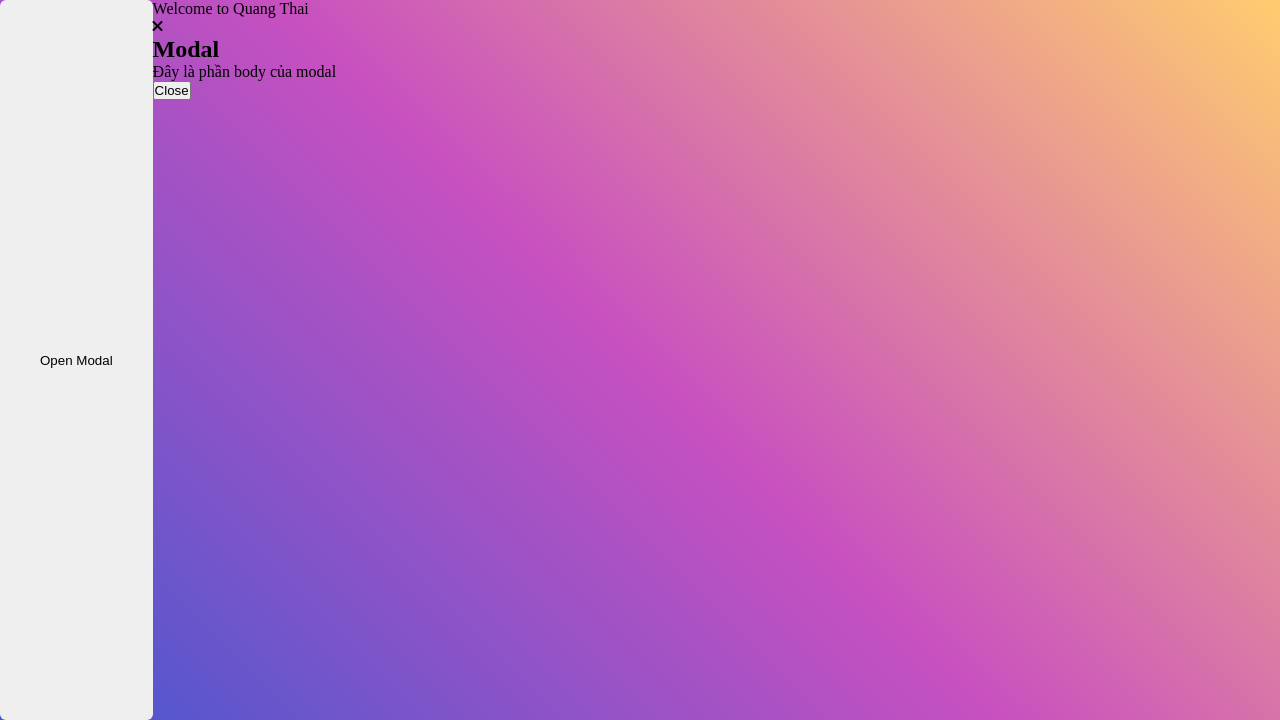
Repository: QUANGTHAI2003/modal
Page: index.html
An editor plug-in stored every save of this project. The page is shown before and after the next save, followed by the edit.
The browser window is 1280 px wide. The pictures show the whole page.

Above is the page before, as saved 2022-02-28 21:35:31.

### index.html
<!DOCTYPE html>
<html lang="en">

<head>
    <meta charset="UTF-8">
    <meta http-equiv="X-UA-Compatible" content="IE=edge">
    <meta name="viewport" content="width=device-width, initial-scale=1.0">
    <title>Modal show</title>
    <link rel="stylesheet" href="https://cdnjs.cloudflare.com/ajax/libs/font-awesome/6.0.0/css/all.min.css">
    <link rel="stylesheet" href="./style.css">
</head>

<body>
    <button class="open-modal-btn">Open Modal</button>
    <div class="modal">
        <div class="modal_inner">
            <div class="modal__header">
                <p>Welcome to Quang Thai</p>
                <i class="fas fa-times"></i>
            </div>
            <div class="modal__body">
                <h2>Modal</h2>
                <p>Đây là phần body của modal</p>
            </div>
            <div class="modal__footer">
                <button>Close</button>
            </div>
        </div>
    </div>
    <script src="./app.js"></script>
</body>

</html>

### style.css
* {
    margin: 0;
    padding: 0;
    box-sizing: border-box;
}

body {
    height: 100vh;
    overflow: hidden;
    background-image: linear-gradient(
        45deg,
        rgb(65, 88, 208) 0%,
        rgb(200, 80, 192) 50%,
        rgb(255, 204, 112) 100%
    );
    display: flex;
}

.open-modal-btn {
    padding: 20px 40px;
    border: none;
    outline: none;
    border-radius: 6px;
    display: inline-block;
}

Loaded but not shown: app.js (no stored copy; drawn as an empty file)

After the next save:
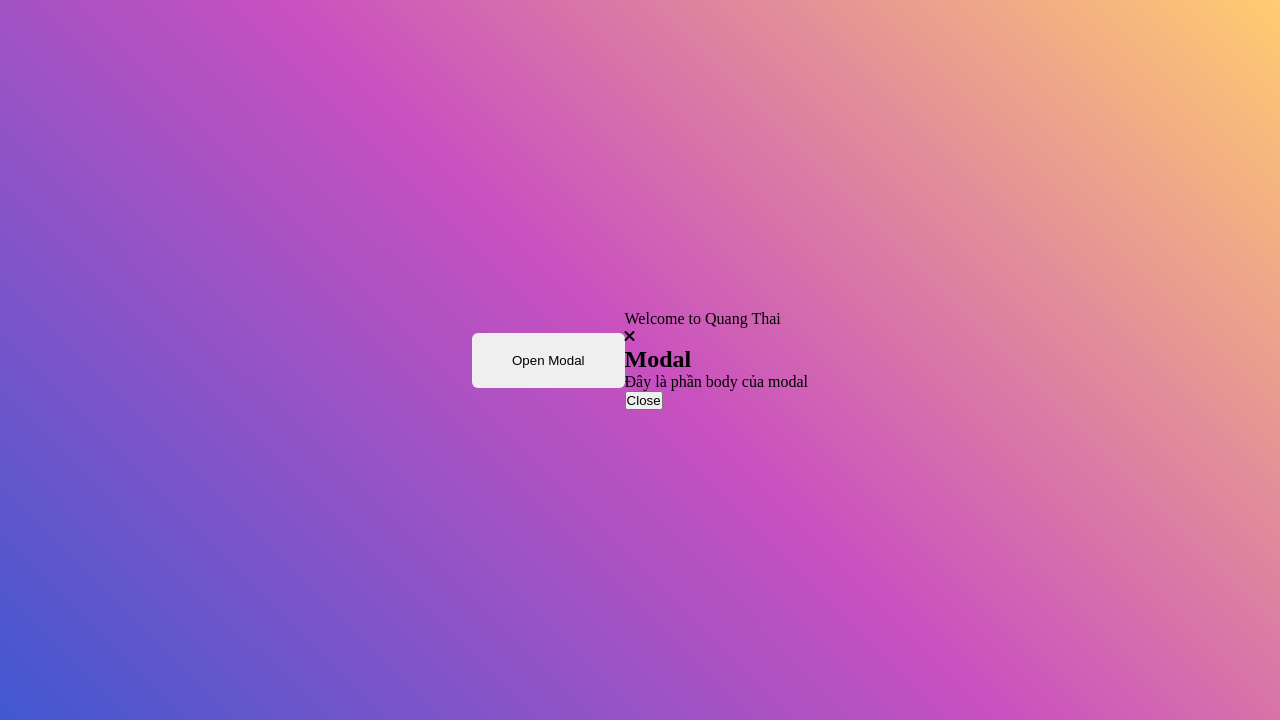
Saved 11 s later.
--- a/style.css
+++ b/style.css
@@ -14,6 +14,8 @@
         rgb(255, 204, 112) 100%
     );
     display: flex;
+    align-items: center;
+    justify-content: center;
 }
 
 .open-modal-btn {

After the save that followed:
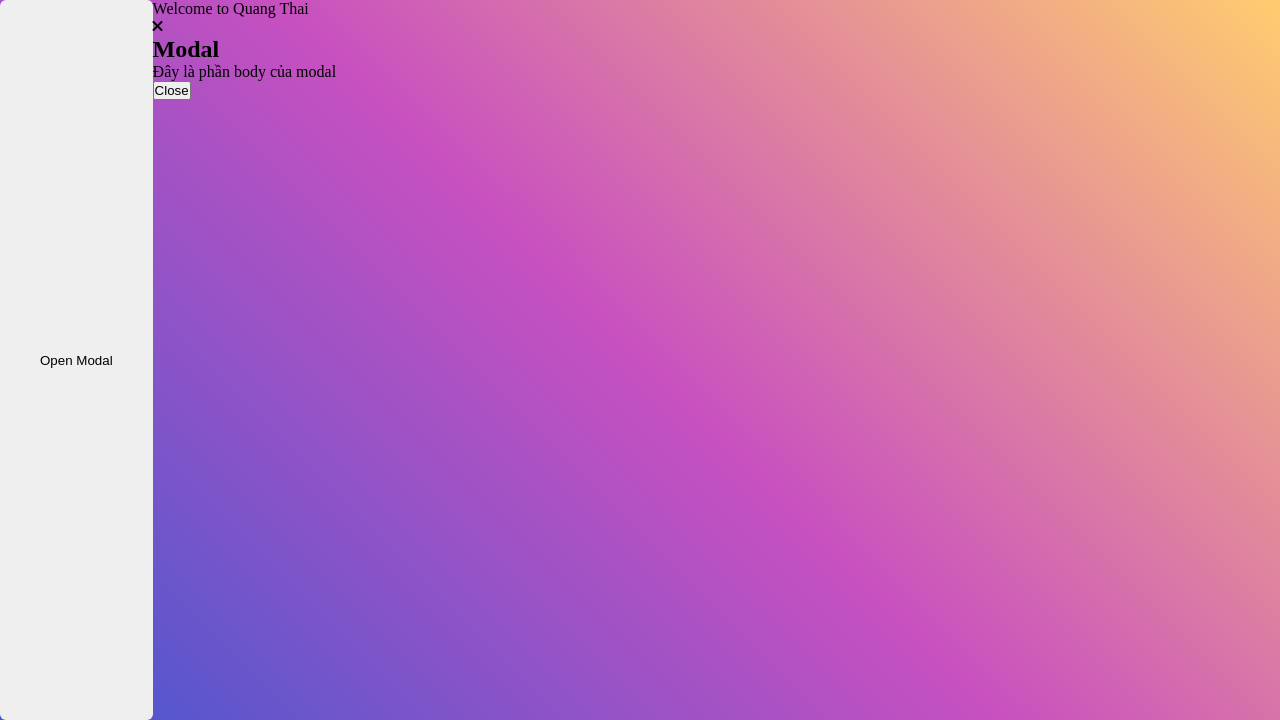
Saved 12 s later.
--- a/style.css
+++ b/style.css
@@ -14,8 +14,6 @@
         rgb(255, 204, 112) 100%
     );
     display: flex;
-    align-items: center;
-    justify-content: center;
 }
 
 .open-modal-btn {
@@ -24,4 +22,6 @@
     outline: none;
     border-radius: 6px;
     display: inline-block;
+    align-items: center;
+    justify-content: center;
 }
